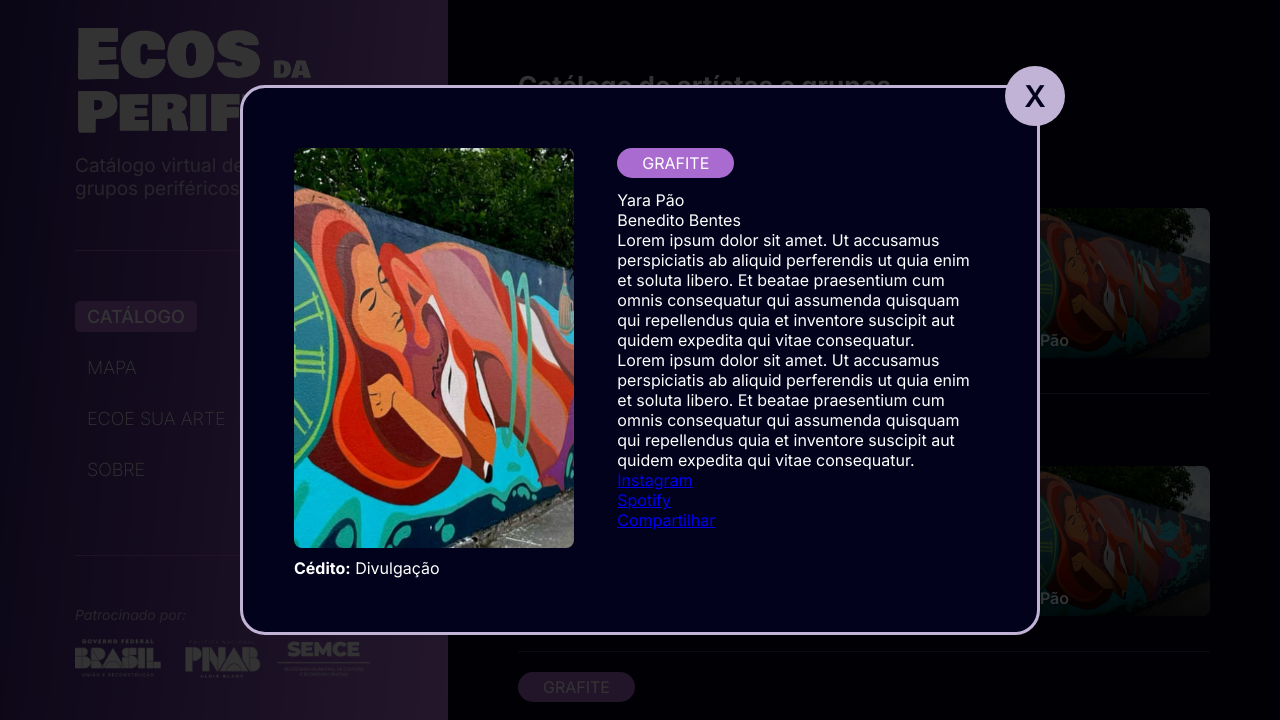
Repository: lucasthaynan/ecos-da-periferia
Page: index.html
These files come from the project's save history. The page is drawn as it stood at one moment and after the next save; the edit follows.
The browser window is 1280 px wide. The pictures show the whole page.
An inner scrolling area shows only its first screen.

Above is the page before, as saved 2025-11-11 23:02:53.

### index.html
<!DOCTYPE html>
<html lang="pt-BR">

<head>
    <meta charset="UTF-8">
    <meta name="viewport" content="width=device-width, initial-scale=1.0">
    <link rel="stylesheet" href="style.css?v=1.0">
    <title>Ecos da Periferia</title>
</head>

<body>

    <header class="left">
        <div class="container">
            <img class="logo-ecos" src="./imagens/logo-ecos-da-periferia.png" alt="" srcset="">
            <h2>Catálogo virtual de artistas e grupos periféricos de Maceió</h2>
            <div class="line"></div>
            <div class="menu">
                <div class="btn catalogo active">Catálogo</div>
                <div class="btn mapa">Mapa</div>
                <div class="btn inscricao">Ecoe sua arte</div>
                <div class="btn sobre">Sobre</div>
            </div>
            <div class="line"></div>
            <div class="logos">
                <p>Patrocinado por:</p>
                <div class="list-logos">
                    <img src="./imagens/logos.png" alt="" srcset="">
                </div>
            </div>
        </div>
    </header>

    <section class="catalogo">
        <h3>Catálogo de artístas e grupos</h3>
        <div class="container-grupos hiphop">
            <div class="chapeu">Hip hop</div>
            <div class="lista">
                <div class="artista-1">
                    <img src="./imagens/yara-pao.jpg" alt="" srcset="">
                    <p class="nome">Yara Pão</p>
                </div>
                <div class="artista-2">
                    <img src="./imagens/yara-pao.jpg" alt="" srcset="">
                    <p class="nome">Yara Pão</p>
                </div>
                <div class="artista-3">
                    <img src="./imagens/yara-pao.jpg" alt="" srcset="">
                    <p class="nome">Yara Pão</p>
                </div>

            </div>
        </div>


        <div class="container-grupos grafite">
            <div class="chapeu">Grafite</div>
            <div class="lista">
                <div class="artista-4">
                    <img src="./imagens/yara-pao.jpg" alt="" srcset="">
                    <p class="nome">Yara Pão</p>
                </div>
                <div class="artista-5">
                    <img src="./imagens/yara-pao.jpg" alt="" srcset="">
                    <p class="nome">Yara Pão</p>
                </div>
                <div class="artista-6">
                    <img src="./imagens/yara-pao.jpg" alt="" srcset="">
                    <p class="nome">Yara Pão</p>
                </div>

            </div>
        </div>

        <div class="container-grupos grafite">
            <div class="chapeu">Grafite</div>
            <div class="lista">
                <div class="artista-4">
                    <img src="./imagens/yara-pao.jpg" alt="" srcset="">
                    <p class="nome">Yara Pão</p>
                </div>
                <div class="artista-5">
                    <img src="./imagens/yara-pao.jpg" alt="" srcset="">
                    <p class="nome">Yara Pão</p>
                </div>
                <div class="artista-6">
                    <img src="./imagens/yara-pao.jpg" alt="" srcset="">
                    <p class="nome">Yara Pão</p>
                </div>

            </div>
        </div>

        <div class="container-grupos grafite">
            <div class="chapeu">Grafite</div>
            <div class="lista">
                <div class="artista-4">
                    <img src="./imagens/yara-pao.jpg" alt="" srcset="">
                    <p class="nome">Yara Pão</p>
                </div>
                <div class="artista-5">
                    <img src="./imagens/yara-pao.jpg" alt="" srcset="">
                    <p class="nome">Yara Pão</p>
                </div>
                <div class="artista-6">
                    <img src="./imagens/yara-pao.jpg" alt="" srcset="">
                    <p class="nome">Yara Pão</p>
                </div>

            </div>
        </div>



    </section>

    <section class="sobre">
        <h3>Sobre</h3>
        <div class="texto-sobre">
            <p>Lorem ipsum dolor sit amet. Ut accusamus perspiciatis ab aliquid perferendis ut quia enim et soluta libero. Et beatae praesentium cum omnis consequatur qui assumenda quisquam qui repellendus quia et inventore suscipit aut quidem expedita qui vitae consequatur.</p>
            <p>Lorem ipsum dolor sit amet. Ut accusamus perspiciatis ab aliquid perferendis ut quia enim et soluta libero. Et beatae praesentium cum omnis consequatur qui assumenda quisquam qui repellendus quia et inventore suscipit aut quidem expedita qui vitae consequatur.</p>
            <p>Lorem ipsum dolor sit amet. Ut accusamus perspiciatis ab aliquid perferendis ut quia enim et soluta libero. Et beatae praesentium cum omnis consequatur qui assumenda quisquam qui repellendus quia et inventore suscipit aut quidem expedita qui vitae consequatur.</p>
        </div>

    </section>

    <section class="inscricao">
        <h3>Ecoe sua arte</h3>
        <div class="texto-sobre">
            <p>Faça sua inscrição</p>
        </div>

    </section>

    <section class="mapa">
        <h3>Mapeamentos dos grupos e artistas</h3>
        <div class="texto-sobre">
            <p>Mapa</p>
        </div>

    </section>

    <div class="popup">
        <div class="container">
            <div class="btn-close">X</div>
            <div class="imagem">
                <div class="container-foto">
                    <img src="./imagens/yara-pao.jpg" alt="">
                </div>
                <p class="credito"><strong>Cédito:</strong> Divulgação</p>
            </div>
            <div class="infos">
                <div class="chapeu">Grafite</div>
                <p class="nome">Yara Pão</p>
                <p class="bairro">Benedito Bentes</p>
                <div class="biografia">
                    <p>Lorem ipsum dolor sit amet. Ut accusamus perspiciatis ab aliquid perferendis ut quia enim et soluta libero. Et beatae praesentium cum omnis consequatur qui assumenda quisquam qui repellendus quia et inventore suscipit aut quidem expedita qui vitae consequatur.</p>
                    <p>Lorem ipsum dolor sit amet. Ut accusamus perspiciatis ab aliquid perferendis ut quia enim et soluta libero. Et beatae praesentium cum omnis consequatur qui assumenda quisquam qui repellendus quia et inventore suscipit aut quidem expedita qui vitae consequatur.</p>
                </div>
                <div class="redes-sociais">
                    <a href="http://"><p class="instagram">Instagram</p></a>
                    <a href="http://"><p class="spotify">Spotify</p></a>
                    <a href="http://"><p class="compartilhar">Compartilhar</p></a>
                </div>

            </div>
        </div>
    </div>

    <script src="main.js?v=1.0"></script>

</body>

</html>

### style.css
@import url('https://fonts.googleapis.com/css2?family=Inter:ital,opsz,wght@0,14..32,100..900;1,14..32,100..900&family=Lato:ital,wght@0,100;0,300;0,400;0,700;0,900;1,100;1,300;1,400;1,700;1,900&family=Poppins:ital,wght@0,100;0,200;0,300;0,400;0,500;0,600;0,700;0,800;0,900;1,100;1,200;1,300;1,400;1,500;1,600;1,700;1,800;1,900&family=Raleway:ital,wght@0,100..900;1,100..900&display=swap');

:root {
    --bg-page: #02021C;
    --bg-menu: linear-gradient(40deg, #311E6D, #C17AE4);
    --font-color: #C1B3D6;
}

* {
    margin: 0;
    padding: 0;
    box-sizing: border-box;
}

body {
    background-color: var(--bg-page);
    font-family: "Inter", sans-serif;
    font-weight: 400;
    font-style: normal;
    color: #ffffff;
    display: flex;
    width: 100vw;
    height: 100vh;
    justify-content: space-between;
    align-items: center
}

img {
    width: 40px;
    height: auto;
}



header {
    width: 35vw;
    max-width: 500px;
    height: 100vh;
    /* border: #C17AE4 solid 1px; */
    background: linear-gradient(96deg, #311E6D 00%, #C17AE4 110%);
    display: flex;
    flex-direction: column;
    justify-content: center;
    padding: 75px;
}

section {
    width: 65vw;
    height: 100vh;
    padding: 70px;
    display: flex;
    flex-direction: column;
    gap: 30px;
    overflow: auto;
}

section.catalogo {
    display: flex;
}

section.sobre {
    display: none;
}

section.mapa {
    display: none;
}

section.inscricao {
    display: none;
}

section.sobre h3,
section.inscricao h3 {
    margin-top: 50px;
    font-size: 35px;
}

section.sobre .texto-sobre {
    max-width: 600px;
    display: flex;
    flex-direction: column;
    gap: 20px;
}

section.sobre .texto-sobre p {
    font-size: 20px;
    line-height: 32px;
    font-weight: 300;
    color: var(--font-color);

}

img.logo-ecos {
    width: 100%;
    max-width: 300px;
}

h2 {
    font-size: 19px;
    font-weight: 400;
    color: var(--font-color);
}

div.line {
    border-top: 1px solid #9f62bd;
    margin: 50px 0;
}

div.menu {
    display: flex;
    flex-direction: column;
    gap: 20px;
    margin-bottom: 70px;
}

div.menu div.btn {
    text-transform: uppercase;
    cursor: pointer;
    width: fit-content;
    padding: 5px 12px;
    border-radius: 5px;
    font-weight: 200;
    font-size: 18px;
    transition: all 0.2s;
}


div.menu div.btn.active {
    background-color: #A96BD0;
    font-weight: 500;
}

div.menu div.btn:hover {
    background-color: #A96BD0;
}

.logos p {
    font-style: italic;
    color: var(--font-color);
    font-size: 14px;
}

.logos img {
    width: 100%;
    max-width: 380px;
}

h3 {
    font-size: 26px;
}

div.container-grupos {
    display: flex;
    flex-direction: column;
    gap: 10px;
    padding-top: 20px;
    margin-top: 5px;
}

div.container-grupos.grafite {
    border-top: 1px solid #40365f;
}


div.container-grupos .lista {
    display: flex;
    flex-direction: row;
    gap: 18px;
}

div.chapeu {
    padding: 5px 25px;
    background-color: #A96BD0;
    width: fit-content;
    text-transform: uppercase;
    border-radius: 15px;
    margin-bottom: 12px;
}

div.lista {
  display: flex;
  gap: 15px;
}

div.lista > div {
  position: relative;
  width: 220px;
  height: 150px;
  overflow: hidden;
  border-radius: 8px;
  cursor: pointer;
}

div.lista > div img {
  width: 100%;
  height: 100%;
  object-fit: cover;
  transition: transform 0.4s ease;
}

/* Zoom leve no hover */
div.lista > div:hover img {
  transform: scale(1.08);
}

/* Degradê preto suave na parte inferior */
div.lista > div::after {
  content: "";
  position: absolute;
  bottom: 0;
  left: 0;
  width: 100%;
  height: 50%;
  background: linear-gradient(to top, rgba(0,0,0,0.7), rgba(0,0,0,0));
  pointer-events: none;
}

/* Nome sobreposto à imagem */
div.lista > div .nome {
  position: absolute;
  bottom: 8px;
  left: 10px;
  right: 10px;
  color: #fff;
  font-weight: 600;
  font-size: 16px;
  z-index: 2;
  text-shadow: 0 2px 4px rgba(0,0,0,0.5);
  margin: 0;
}


div.popup {
    position: absolute;
    width: 100vw;
    height: 100vh;
    background-color: #000000cc;
    display: flex;
    flex-direction: column;
    justify-content: center;
    align-items: center;;
    z-index: 100;
}

div.popup .container {
    width: 800px;
    height: 550px;
    background-color: var(--bg-page);
    padding: 60px 60px 60px 20px;
    border-radius: 25px;
    border: 3.5px solid #C1B3D6;
    display: flex;
    justify-content: flex-start;
    align-items: flex-start;
    flex-direction: row;
}

div.popup .container .btn-close {
    position: relative;
    width: 20px;
    height: 20px;
    background-color: #C1B3D6;
    display: flex;
    align-items: center;
    justify-content: center;
    font-size: 30px;
    padding: 30px;
    font-weight: 600;
    color: var(--bg-page);
    border-radius: 50px;
    cursor: pointer;
    right: -742px;
    top: -82.1px;
}

div.popup .container .imagem {
    width: 45%;
    left: -29px;
    position: relative;
}

div.popup .container .infos {
    width: 55%;
}




div.popup .container .imagem .container-foto {
    position: relative;
    width: 280px;
    height: 400px;
    overflow: hidden;
    border-radius: 8px;
    margin-bottom: 10px;

    /* cursor: pointer; */
}

div.popup .container .imagem .container-foto img {
    width: 100%;
    height: 100%;
    object-fit: cover;
    transition: transform 0.4s ease;
}

### main.js
document.querySelectorAll("div.menu .btn").forEach((btn) => {
  btn.addEventListener("click", (e) => {
    // Remove 'active' de todos os botões
    document
      .querySelectorAll("div.menu .btn")
      .forEach((b) => b.classList.remove("active"));

    // Esconde todas as seções
    document
      .querySelectorAll("section")
      .forEach((s) => (s.style.display = "none"));

    // Botão clicado
    const el = e.currentTarget;
    el.classList.add("active");

    // Mostra apenas a seção correspondente à classe do botão
    if (el.classList.contains("catalogo")) {
      document.querySelector("section.catalogo").style.display = "flex";
    }
    if (el.classList.contains("sobre")) {
      document.querySelector("section.sobre").style.display = "flex";
    }
    if (el.classList.contains("inscricao")) {
      document.querySelector("section.inscricao").style.display = "flex";
    }
    if (el.classList.contains("mapa")) {
      document.querySelector("section.mapa").style.display = "flex";
    }
  });
});

After the next save:
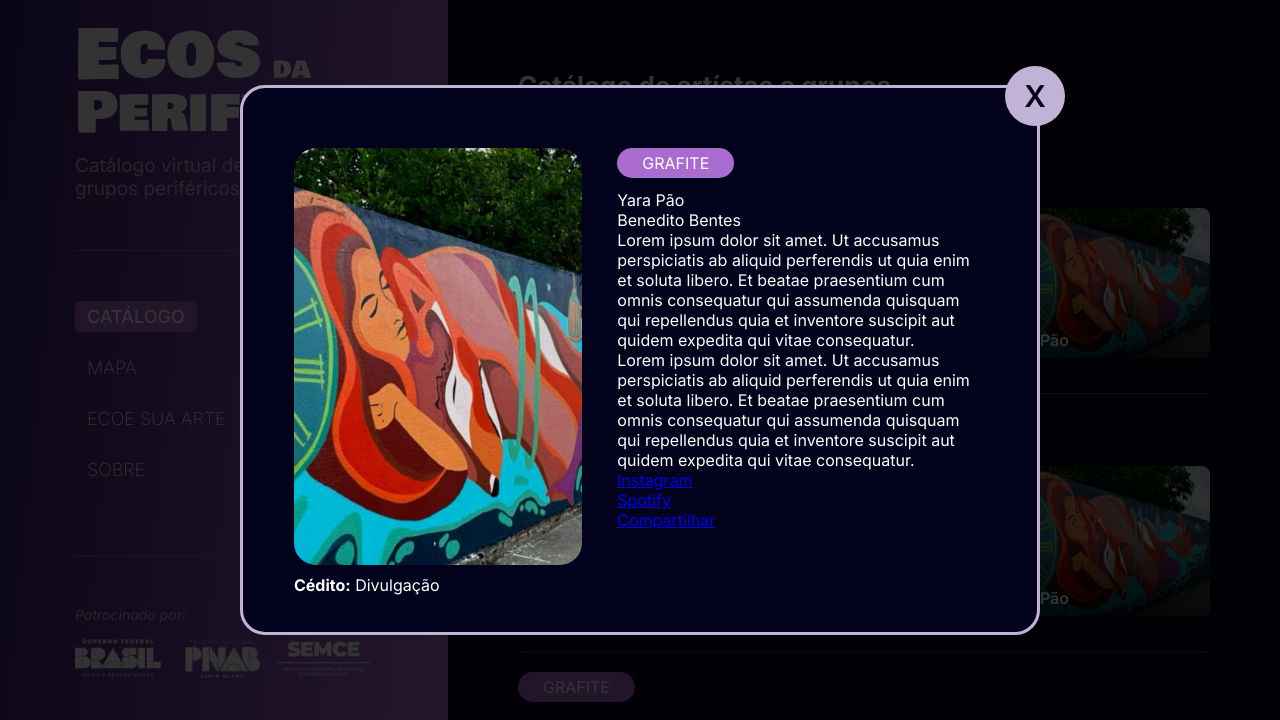
Saved 60 s later.
--- a/style.css
+++ b/style.css
@@ -285,17 +285,14 @@
 }
 
 
-
-
 div.popup .container .imagem .container-foto {
     position: relative;
-    width: 280px;
-    height: 400px;
+    width: 288px;
+    height: 417px;
     overflow: hidden;
-    border-radius: 8px;
+    border-radius: 22px;
     margin-bottom: 10px;
 
-    /* cursor: pointer; */
 }
 
 div.popup .container .imagem .container-foto img {
